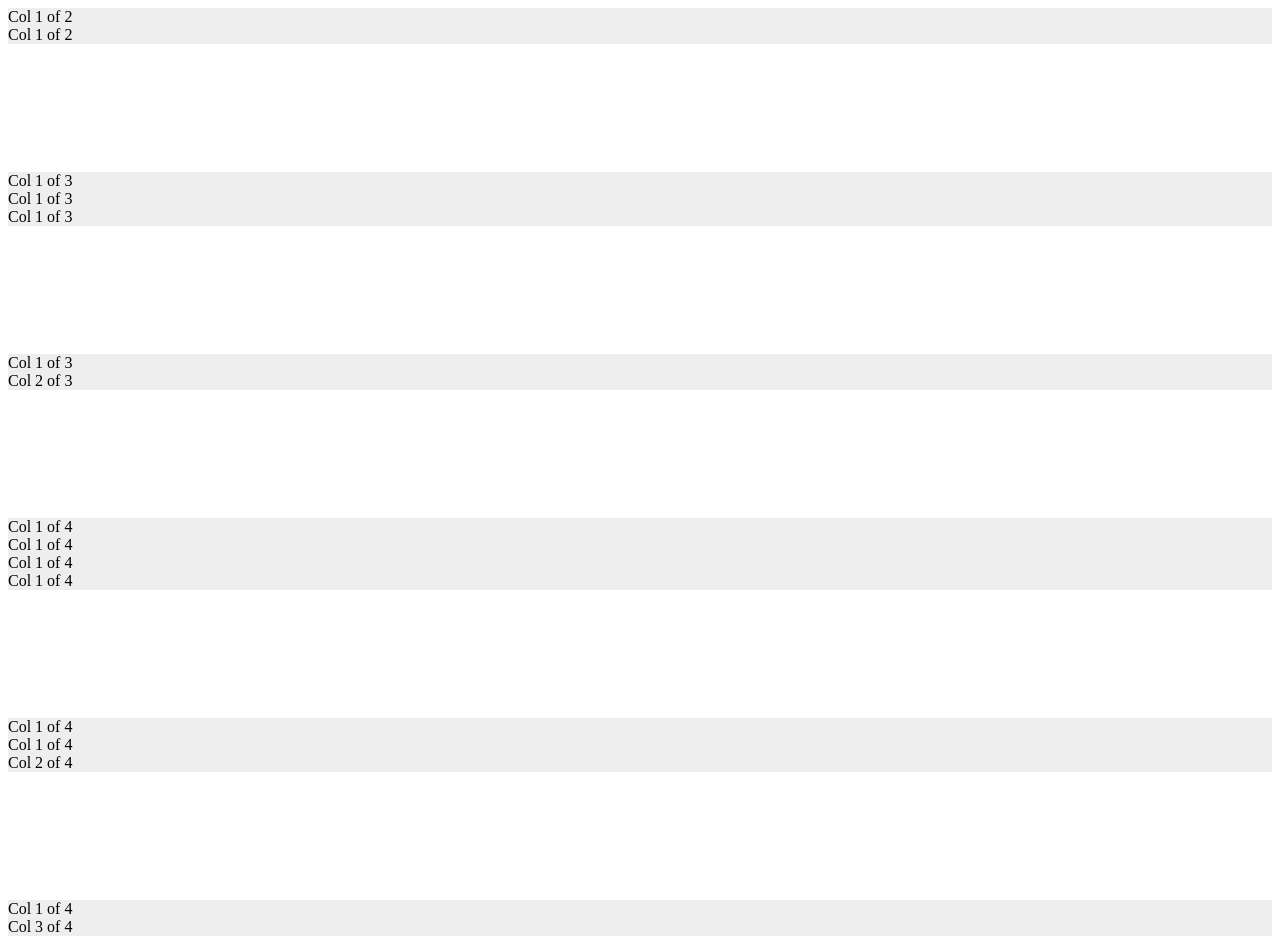
Repository: haokiet2501/grid-basic
Page: index.html
These files come from the project's save history. The page is drawn as it stood at one moment and after a run of saves; the edit follows.
The browser window is 1280 px wide. The pictures show the whole page.

Above is the page before, as saved 2022-08-11 18:40:35.

### index.html
<!DOCTYPE html>
<html lang="en">
<head>
    <meta charset="UTF-8">
    <meta http-equiv="X-UA-Compatible" content="IE=edge">
    <meta name="viewport" content="width=device-width, initial-scale=1.0">
    <link rel="stylesheet" href="styles.css">
    <title>GRID BASIC</title>
</head>
<body>
    <section class="grid-test">
        <div class="row">
            <div class="col-1-of-2">
                Col 1 of 2
            </div>
            <div class="col-1-of-2">
                Col 1 of 2
            </div>
        </div>

        <div class="row">
            <div class="col-1-of-3">
                Col 1 of 3
            </div>
            <div class="col-1-of-3">
                Col 1 of 3
            </div>
            <div class="col-1-of-3">
                Col 1 of 3
            </div>
        </div>

        <div class="row">
            <div class="col-1-of-3">
                Col 1 of 3
            </div>
            <div class="col-2-of-3">
                Col 2 of 3
            </div>
        </div>

        <div class="row">
            <div class="col-1-of-4">
                Col 1 of 4
            </div>
            <div class="col-1-of-4">
                Col 1 of 4
            </div>
            <div class="col-1-of-4">
                Col 1 of 4
            </div>
            <div class="col-1-of-4">
                Col 1 of 4
            </div>
        </div>

        <div class="row">
            <div class="col-1-of-4">
                Col 1 of 4
            </div>
            <div class="col-1-of-4">
                Col 1 of 4
            </div>
            <div class="col-2-of-4">
                Col 2 of 4
            </div>
        </div>

        <div class="row">
            <div class="col-1-of-4">
                Col 1 of 4
            </div>
            <div class="col-3-of-4">
                Col 3 of 4
            </div>
        </div>

    </section>
</body>
</html>

### styles.css
:root {
    --grid-width: 114rem;
    --gutter-vertical: 8rem;
    --gutter-horizonal: 6rem
}

.row {
    max-width: var(--grid-width);
    background: #eee;
    margin: 0 auto;
}

.row:not(:last-child) {
    margin-bottom: var(--gutter-vertical);
}

.col-1-of-2 {
    width: calc((100% - var(--gutter-horizonal)) / 2);
    back
}

After the next 4 saves:
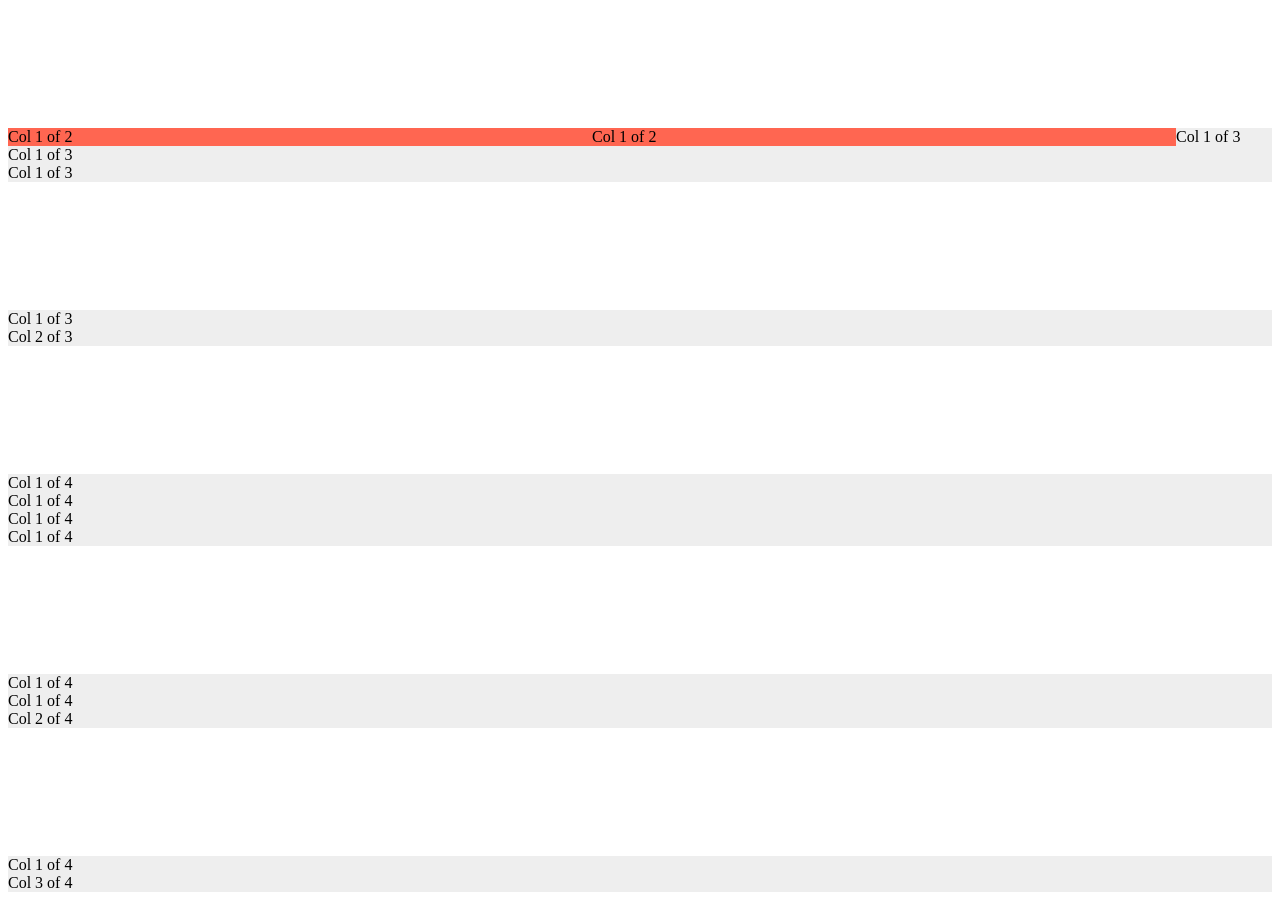
The 4 saves are shown as one change because they came seconds apart.
The last was saved 12 s later.
--- a/styles.css
+++ b/styles.css
@@ -16,5 +16,6 @@
 
 .col-1-of-2 {
     width: calc((100% - var(--gutter-horizonal)) / 2);
-    back
+    background-color: #FF6651;
+    float: left;
 }
